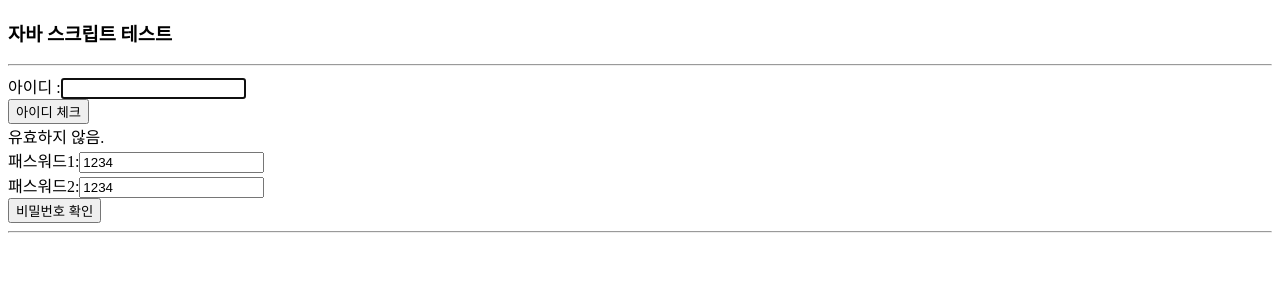
Repository: syshin0116/data2
Page: http://localhost/spring04/jsp2.jsp
The author's editor kept a copy of each file at every save. The page is drawn from the files as they stood at one save, then again after the next save.
The browser window is 1280 px wide. The pictures show the whole page.
After loading, the first visible `#b1` was clicked once.
The page is served by Tomcat 9. Other server files are loaded and not shown.

Above is the page before, as saved 2022-02-17 03:51:30.
Console error: TypeError: Cannot set properties of undefined (setting 'color')

### spring04/src/main/webapp/jsp2.jsp
<%@ page language="java" contentType="text/html; charset=UTF-8"
	pageEncoding="UTF-8"%>
<!DOCTYPE html>
<html>
<head>
<meta charset="UTF-8">
<title>Insert title here</title>
<script type="text/javascript" src="resources/js/jquery-3.6.0.min.js"></script>
<script type="text/javascript">
//아이디가 b1인 것을 클릭했을때가로안에 넣은 이름없는 함수를 실행해주렴.
	$(function() {//body를 먼저 읽고 와서 메모리에 don tree로 읽어들이면  함수의내용대로 처리해주렴.
		$('#b1').click(function() {
			idValue = $('#id').val()
			if(idValue.length<5){
				$('#idCheckResult').html('유효하지 않음.')
				$('#id').val('')
				$('#id').focus()
				$('#idCheckResult').style.color ="red"
			}else{
				$('#idCheckResult').html('유효한 아이디.')
				$('#idCheckResult').style.color("green")
			}
		})
	})

</script>
</head>
<body>
	<h3>자바 스크립트 테스트</h3>
	<hr>
	아이디 :<input name="id" id="id" value="text"><br>
	<button id="b1">아이디 체크</button><br>
	<div id="idCheckResult"></div>
	패스워드1:<input name="pw1" id="pw1" value="1234"><br>
	패스워드2:<input name="pw2" id="pw2" value="1234"><br>
	<button id="b2">비밀번호 확인</button>
	<div id="pwCheckResult"></div>
	<hr>
</body>
</html>

Loaded but not shown: spring04/src/main/webapp/resources/js/jquery-3.6.0.min.js (library)

After the next save:
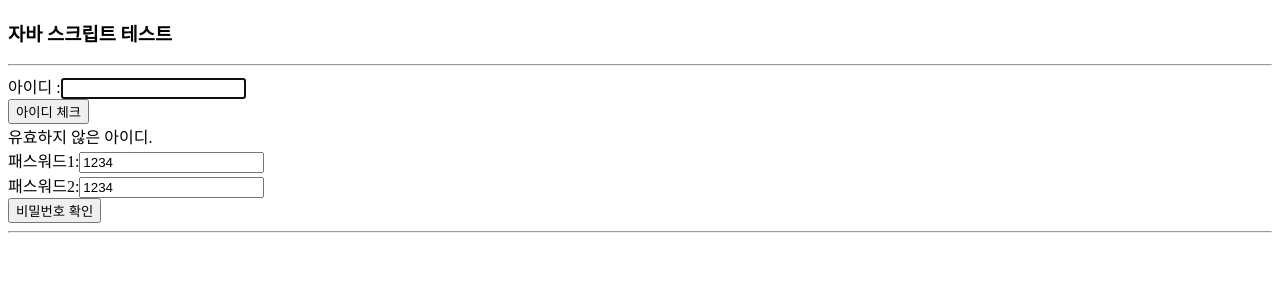
Saved 58 s later.
--- a/spring04/src/main/webapp/jsp2.jsp
+++ b/spring04/src/main/webapp/jsp2.jsp
@@ -12,7 +12,7 @@
 		$('#b1').click(function() {
 			idValue = $('#id').val()
 			if(idValue.length<5){
-				$('#idCheckResult').html('유효하지 않음.')
+				$('#idCheckResult').html('유효하지 않은 아이디.')
 				$('#id').val('')
 				$('#id').focus()
 				$('#idCheckResult').style.color ="red"
